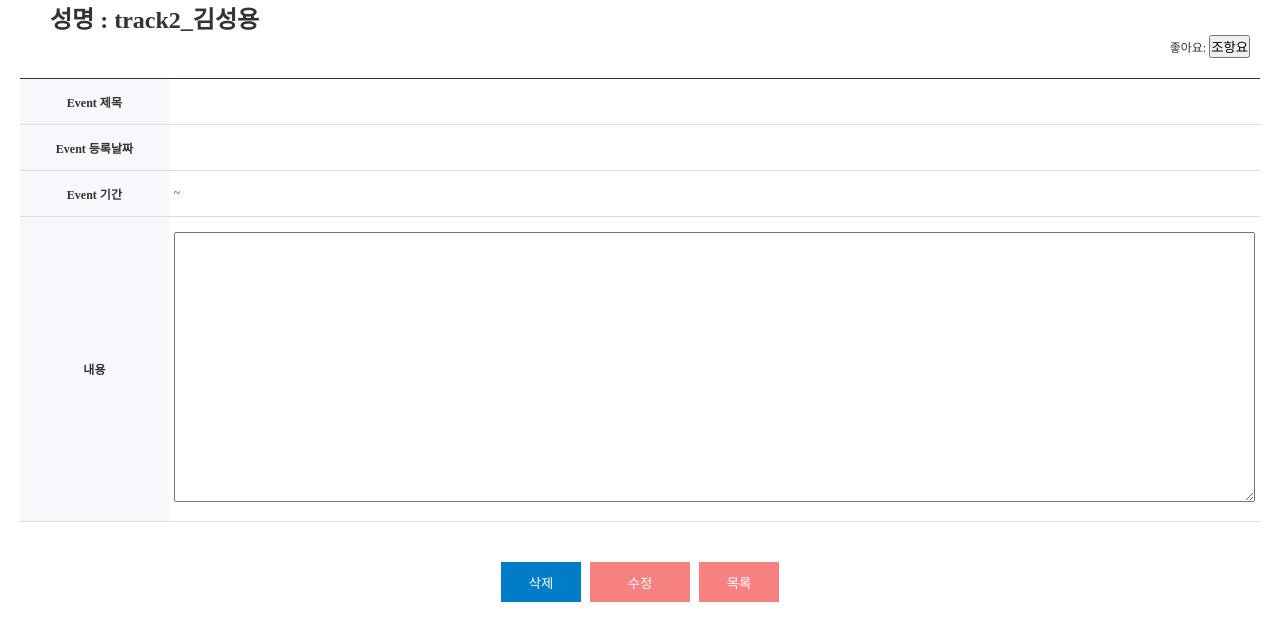
Repository: ddd5733/MVC-Pattern
Page: http://localhost/track2_exam_김성용/examGoView
The author's editor kept a copy of each file at every save. The page is drawn from the files as they stood at one save, then again after the next save.
The browser window is 1280 px wide. The pictures show the whole page.
Some web libraries are served in a nearby version. The page is served by Tomcat 9. Queries for data that is not in the repository find no rows.

Above is the page before, as saved 2020-01-09 05:15:52.

After the next save:
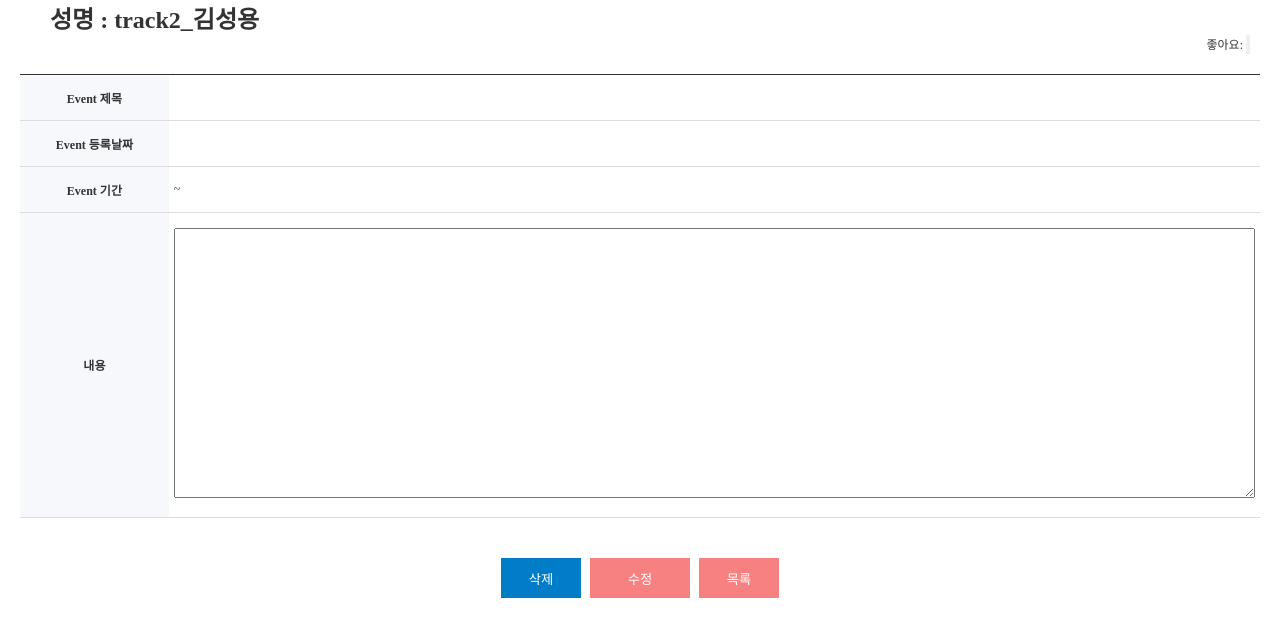
Saved 11 min 39 s later.
--- a/김성용_eclipse_source/track2_exam_김성용/WebContent/exam_event/event_v.jsp
+++ b/김성용_eclipse_source/track2_exam_김성용/WebContent/exam_event/event_v.jsp
@@ -60,7 +60,7 @@
 				<span id="divLike">
 					좋아요:${t_dto.getLikecount()}
 				</span>
-				<input type="button" id="btnOK"style="" value="조항요"/>
+				<input type="button" id="btnOK" style="background: url('/image/Like.JPG') value="조항요"/>
 				<input type="hidden" name="t_no" value="${t_dto.getExam_number()}"/>
 			</div>
 		</div>

After the 4 saves that followed:
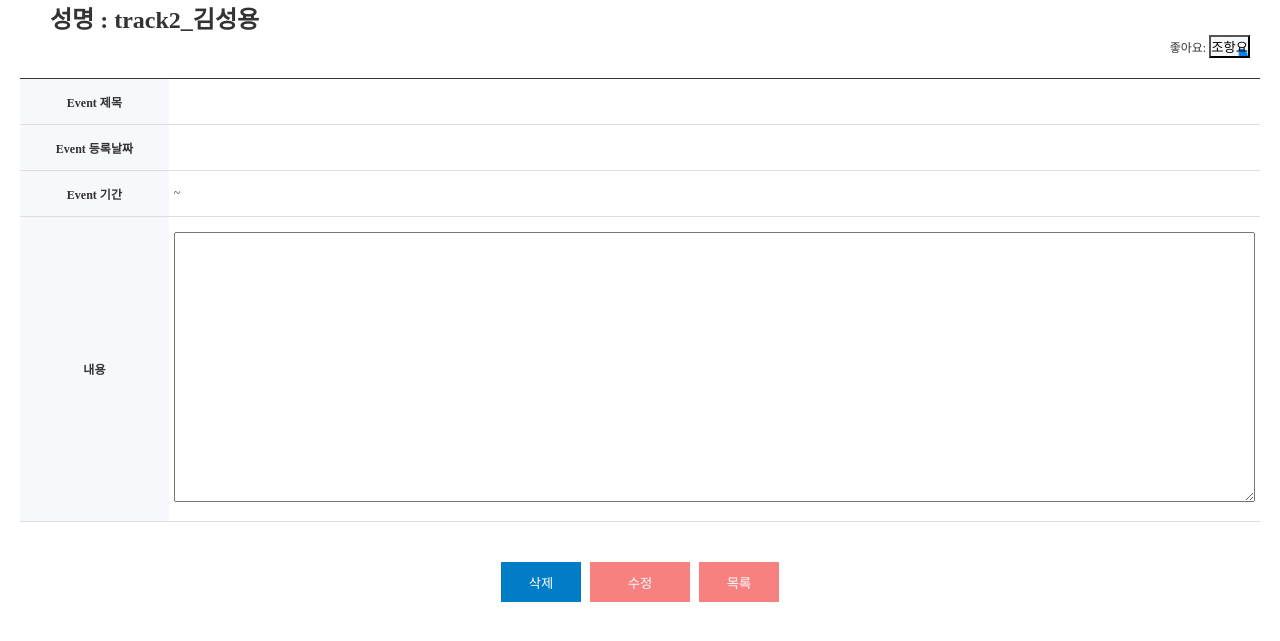
The 4 saves are shown as one change because 2 left the picture as it was and some came seconds apart.
The last was saved 113 s later.
--- a/김성용_eclipse_source/track2_exam_김성용/WebContent/exam_event/event_v.jsp
+++ b/김성용_eclipse_source/track2_exam_김성용/WebContent/exam_event/event_v.jsp
@@ -60,7 +60,7 @@
 				<span id="divLike">
 					좋아요:${t_dto.getLikecount()}
 				</span>
-				<input type="button" id="btnOK" style="background: url('/image/Like.JPG') value="조항요"/>
+				<input type="button" id="btnOK" style= "background: url('/image/Like.JPG')" value="조항요"/>
 				<input type="hidden" name="t_no" value="${t_dto.getExam_number()}"/>
 			</div>
 		</div>
